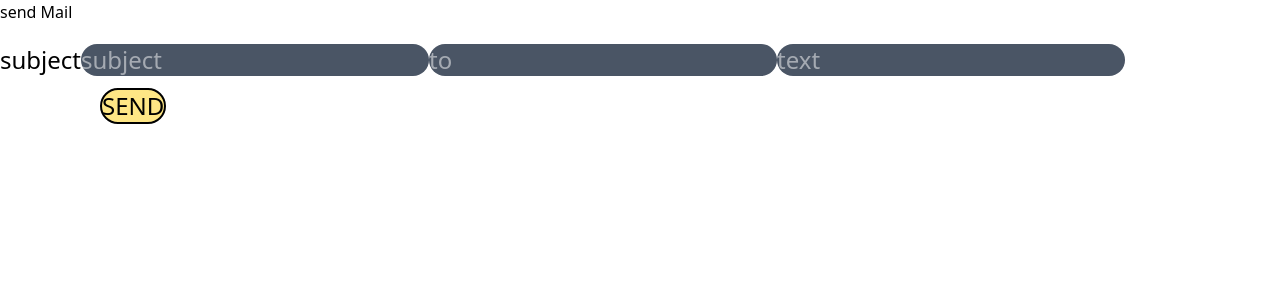
Repository: ridhukhan/sendmail
Page: / (app in Frontend/)
An editor plug-in stored every save of this project. The page is shown before and after the next save, followed by the edit.
The browser window is 1280 px wide. The pictures show the whole page.
The project was rebuilt for these pictures with package versions that can differ from the ones it lists, and the page was loaded fresh each time.

Above is the page before, as saved 2026-02-10 14:58:33.

### Frontend/src/main.jsx
import { StrictMode } from 'react'
import { createRoot } from 'react-dom/client'
import './index.css'
import App from './App.jsx'
export const server="http://localhost:5000"
createRoot(document.getElementById('root')).render(
  <StrictMode>
    <App />
  </StrictMode>,
)

### Frontend/src/App.jsx

function App() {

  return (
    <>
    <h1>send Mail </h1>
    <form className="flex-col text-2xl align-middle justify-center">
<label htmlFor="subject">subject</label>
<input type="text" name="" id="" placeholder='subject' className="bg-gray-600 text-white border-amber-50 rounded-2xl"/>


<input type="email" name="" id="" placeholder='to' className="bg-gray-600 text-white border-amber-50 rounded-2xl mt-5" />
<input type="text" name="" id="" placeholder='text' className="bg-gray-600 text-white border-amber-50 rounded-2xl mt-5"/><br />
<button className="bg-amber-200 mt-3 rounded-3xl border-2 ml-25">SEND</button>
    </form>
       </>
  )
}

export default App

Loaded but not shown: Frontend/index.html (common file); Frontend/src/index.css (common file)

After the next save:
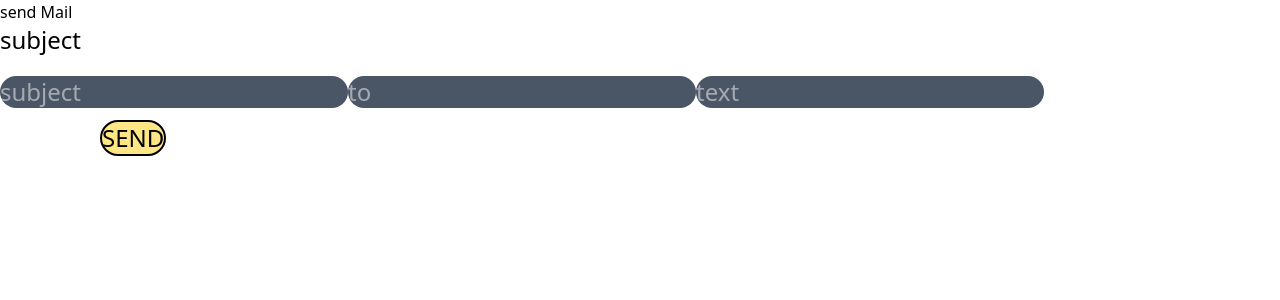
Saved 14 s later.
--- a/Frontend/src/App.jsx
+++ b/Frontend/src/App.jsx
@@ -5,7 +5,7 @@ function App() {
     <>
     <h1>send Mail </h1>
     <form className="flex-col text-2xl align-middle justify-center">
-<label htmlFor="subject">subject</label>
+<label htmlFor="subject">subject</label><br />
 <input type="text" name="" id="" placeholder='subject' className="bg-gray-600 text-white border-amber-50 rounded-2xl"/>
 
 
